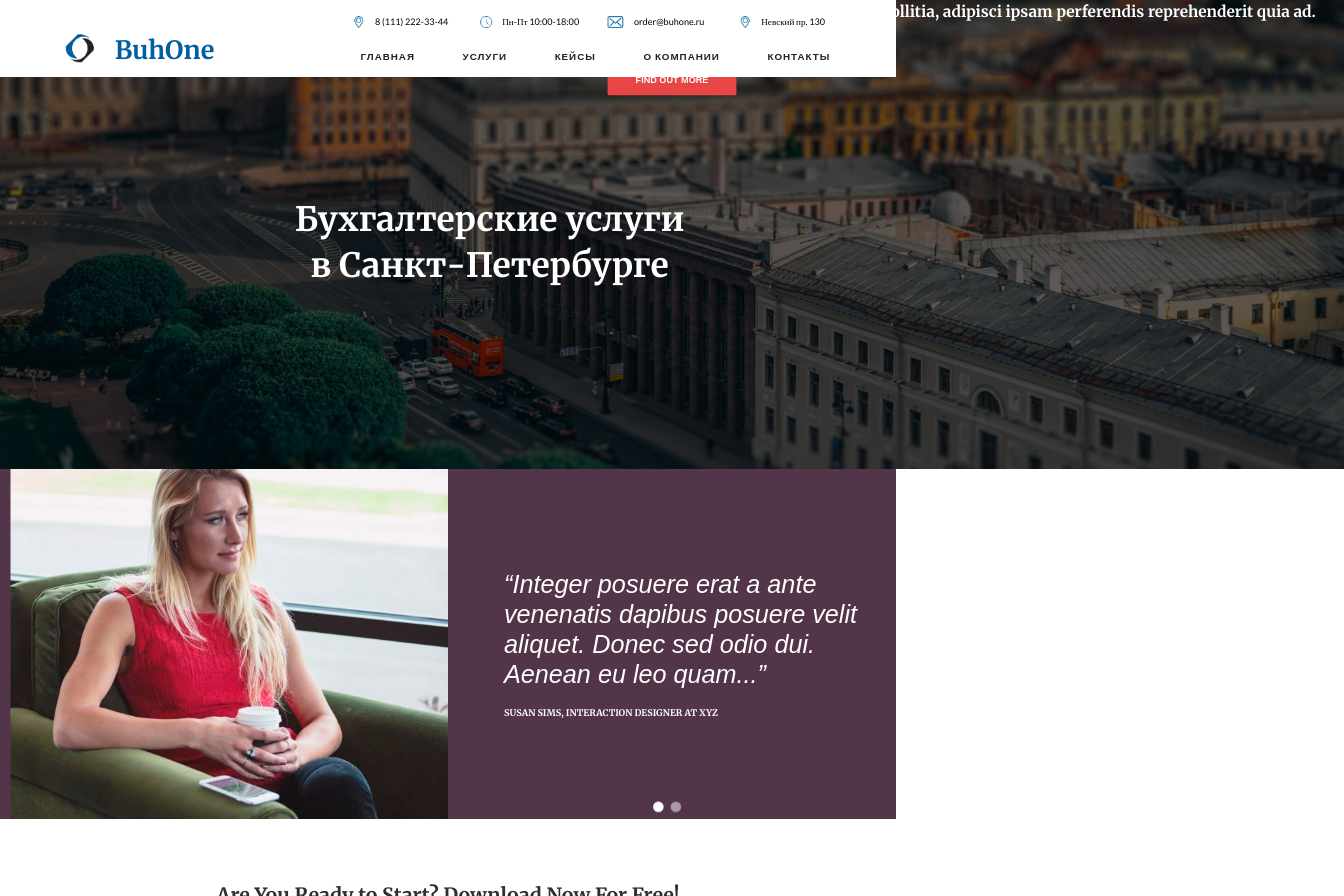
Repository: ZetsubouBilly/test
Page: index.html
These files come from the project's save history. The page is drawn as it stood at one moment and after the next save; the edit follows.
The browser window is 1280 px wide. The page is 1920 px wide, so the pictures cover 1920 px, including what lies to the right of the window. The pictures show the part of the page from y = 0 to 1280 px (the page is 1803 px tall before and 1133 px after), at 70% of full size.

Above is the page before, as saved 2023-05-13 13:30:08.

### index.html
<!DOCTYPE html>
<html lang="ru">
<head>
    <meta charset="UTF-8">
    <meta name="viewport" content="width=device-width, initial-scale=1.0, minimum-scale=1.0, maximum-scale=1.0">  <link rel="preconnect" href="https://fonts.gstatic.com">
    <link rel="preconnect" href="https://fonts.googleapis.com">
    <link rel="preconnect" href="https://fonts.gstatic.com" crossorigin>
    <link href="https://fonts.googleapis.com/css2?family=Lato:wght@300;400;700&family=Merriweather:wght@700;900&display=swap" rel="stylesheet">
    <link rel="stylesheet" type="text/css" href="https://cdn.jsdelivr.net/npm/slick-carousel@1.8.1/slick/slick.css"/>
    <link rel="stylesheet" href="css/style.css">

   <meta name="description" content="Описание страницы">
   <meta name="google" content="notranslate" />
   <meta name="keywords" content="создаие сайтов, верстка сайтов" />

    <title>BuhOne</title>

    <script src="https://cdnjs.cloudflare.com/ajax/libs/jquery/3.5.1/jquery.min.js"></script>

</head>
<body>



<!-- Header -->

 <header class="header" id="header">

            <div class="header__inner">
                <div class="header__inner_l">
                    <div class="header__logo">
                        <img src="img/logo.png" alt="">
                        <p class="header__logo_name">BuhOne</p>
                    </div>
                </div>
                <div class="header__inner_r">
                    <div class="top-line">
                        <div class="top-line_info">
                            <img class="top-line_info_img" src="img/placeholder.png" alt="">
                            <p class="top-line_info_text">8 (111) 222-33-44</p>

                        </div>
                        <div class="top-line_info">
                            <img class="top-line_info_img" src="img/time.png" alt="">
                            <p class="top-line_info_text">Пн-Пт 10:00-18:00</p>

                        </div>
                        <div class="top-line_info">
                            <img class="top-line_info_img" src="img/Frame.png" alt="">
                            <p class="top-line_info_text">order@buhone.ru</p>

                        </div>
                        <div class="top-line_info">
                            <img class="top-line_info_img" src="img/placeholder.png" alt="">
                            <p class="top-line_info_text">Невский пр. 130</p>

                        </div>

                    </div>
                    <nav class="nav" id="nav">
                        <a class="nav__link" href="#" data-scroll="#features">Главная</a>
                        <a class="nav__link" href="#" data-scroll="#works">Услуги</a>
                        <a class="nav__link" href="#" data-scroll="#team">Кейсы</a>
                        <a class="nav__link" href="#" data-scroll="#reviews">О компании</a>
                        <a class="nav__link" href="#" data-scroll="#download">Контакты</a>
                    </nav>
                </div>




                <button class="burger" type="button" id="navToggle">
                    <span class="burger__item">Menu</span>
                </button>

            </div>

 </header>


 <!-- Intro -->

<div class="intro" id="intro">
    <div class="container">
        <div class="intro__inner">
             <h1 class="intro__title">Бухгалтерские услуги в Санкт-Петербурге</h1>
             <h2 class="intro__subtitle">Lorem ipsum dolor sit amet consectetur adipisicing elit.
                 Deleniti porro sed id unde facere iusto quis repellendus mollitia, adipisci ipsam
                 perferendis reprehenderit quia ad.</h2>
                 <a class="btn  btn--red" href="">Find Out More</a>
        </div>
    </div>
</div>










<!-- Testimonials -->

<div class="reviews" id="reviews">
    <div class="container">

        <div class="reviews__slider" id="reviewsSlider">
            <div class="slick-item">
             <div class="reviews__item">
                 <div class="reviews__photo">
                     <img class="reviews__img" src="img/reviews/review-1.jpg" alt="">
                 </div>
                 <div class="reviews__content">
                        <div class="reviews__text">“Integer posuere erat a ante venenatis dapibus posuere velit aliquet. Donec sed odio dui. Aenean eu leo quam...”</div>
                       <div class="reviews__author">Susan Sims, Interaction Designer at XYZ</div>
                 </div>
                </div>
            </div>

                <div class="slick-item">
                <div class="reviews__item">
                    <div class="reviews__photo">
                        <img class="reviews__img" src="img/reviews/review-1.jpg" alt="">
                    </div>
                    <div class="reviews__content">
                           <div class="reviews__text">"Lorem ipsum dolor sit amet consectetur, adipisicing elit. Maiores, tempore velit, debitis quasi doloribus vero natus sint ratione temporibus fugiat voluptatum nesciunt modi. Adipisci aliquid voluptatem magni laborum, facilis nisi".</div>
                          <div class="reviews__author">Susan Sims, Interaction Designer at XYZ</div>
                    </div>
                   </div>
                </div>
            </div>
        </div>

    </div>
</div> <!-- /reviews -->




<!-- Download -->

<div class="download" id="download">
    <div class="container">
        <h3 class="download__title">Are You Ready to Start? Download Now For Free!</h3>
        <div class="download__text"><p>Fusce dapibus, tellus ac cursus commodo</p>
        </div>
        <a class="btn  btn--red  btn--long" href="">Download Here</a>
    </div>
</div>


<!-- Footer -->


<footer class="footer">
    <div class="container">

        <div class="footer__inner">
            <div class="footer__block">
                <h4 class="footer__title">Location</h4>
                <address class="footer__adress"><div>3481 Melrose Place</div>
                    <div>Beverly Hills, CA 90210</div>
                </address>
            </div>

            <div class="footer__block">
                <h4 class="footer__title">Share with Love</h4>
                <div class="social  social--footer">
                    <a class="social__item" href="" target="_blank">
                        <svg class="social__icon">
                            <use xlink:href="#facebook"></use>
                        </svg>
                    </a>

                    <a class="social__item" href="" target="_blank">
                        <svg class="social__icon">
                            <use xlink:href="#twitter"></use>
                        </svg>
                    </a>

                    <a class="social__item" href="" target="_blank">
                        <svg class="social__icon">
                            <use xlink:href="#linkedin"></use>
                        </svg>
                    </a>


                </div>
            </div> <!-- /footer__block__social -->

            <div class="footer__block">
                <h4 class="footer__title">About ActiveBox</h4>
                <div class="footer__text"><p>Cras justo odio, dapibus ac facilisis in, egestas eget quam. Donec ullamcorper nulla non metus auctor fringilla.</p></div>
            </div>

        </div> <!-- /footer__inner -->

    </div> <!-- /container -->

    <div class="copyright">
        <div class="container">
          <div class="copyright__text"><div>Copyright © 2015 ActiveBox. All Rights Reserved</div>
           <div>Made  <span>by Kamal Chaneman</span></div>
        </div>
    </div>
</div>
</footer>


<!-- Javascript -->
<script  src="https://cdn.jsdelivr.net/npm/slick-carousel@1.8.1/slick/slick.min.js"></script>
<script src="js/app.js"></script>


</body>
</html>

### css/style.css
body {
  margin: 0;

  font-family: "Merriweather", sans-serif;
  font-size: 14px;
  color: #6c7279;
  -webkit-font-smoothing: antialiased;

  background-color: #fff;
}

*,
*:before,
*:after {
  box-sizing: border-box; /* алгоритм подсчета размеров с учетом padding и границ. */
}

h1,
h2,
h3,
h4,
h5,
h6 {
  margin: 0;
}

p {
  margin: 0 0 10px;
}

/* Container
==================== */

.container {
  width: 100%;
  max-width: 1920px;
  margin: 0 auto;
  padding: 0 15px;
}

/* Header
==================== */

.header {
  position: absolute;
  width: 100%;
  height: 73px;
  height: 110px;
  /* left: 50%; */
  /* top: 6.52px; */
  /* margin-left: -560px; */
  background-color: #fff;
}

.header.fixed {
  height: auto;

  position: fixed; /* фиксируем шапку при скроле*/

  background-color: #fff;
}

.header.fixed .header__inner {
  padding-top: 15px;
  padding-bottom: 15px;

  border-bottom: 0;
}

.header__inner {
  display: flex;
  justify-content: space-around;
  align-items: center;
  max-width: 1116px;
  /* padding: 35px 0; */

  /* border-bottom: 1px solid #4d5066; */
  margin: 0 auto;
}
.header__inner_l{
    margin-right: 185px;
}
.header__inner_r{
    display: flex;
    flex-direction: column;
  width: 671px;

}

.header__logo {
  display: flex;
  align-items: flex-start;
  justify-content: space-between;
  max-width: 260px;
  padding-top: 33px;
}
.header__logo_name {
  font-size: 36px;
  margin-left: 30px;
  color: #005fa3;
}

/* Top-line
==================== */

.top-line {
  display: flex;
  padding:23px 0px 0px 40px;
  justify-content: center;
  margin-bottom: 22px;
  width: 671px;
}
.top-line_info {
  display: flex;
  margin-right: 40px;
}
.top-line_info_img {
  margin-right: 15px;
  max-width: 23px;
  height: 17px;
}
.top-line_info_text {
  font-family: "Lato";
  font-style: normal;
  font-weight: 400;
  font-size: 13px;
  line-height: 17px;
  width: 110px;


  color: #000000;
}

/* Nav
==================== */

.nav {
  display: flex;
  font-size: 13px;
  font-weight: 700;
  text-transform: uppercase;
  width: 671px;
  justify-content: space-between;
  margin-bottom: 31px;
}

.nav__link {
  font-family: "Lato", sans-serif;
  font-style: normal;
  font-weight: 700;
  font-size: 14px;
  line-height: 17px;


  letter-spacing: 0.1em;
  text-transform: uppercase;



  color: #222222;
  text-decoration: none;
}
.nav__link:first-child {
  margin-left: 0;
}

.nav__link:hover {
  opacity: 1;
}

/* Intro
==================== */

.intro {
    /* position: relative; */
    width: 1920px;
    height: 670px;
    /* left: 0px;
    top: 110px; */


  /* background-size: cover; */
  background: linear-gradient(0deg, rgba(0, 0, 0, 0.6), rgba(0, 0, 0, 0.6)),   url("../img/Rectangle.png")  no-repeat;

}

.intro__inner {
  width: 100%;
  max-width: 1920px;
  margin: 0 auto;
  text-align: center;
}

.intro__title {
    position: absolute;
    width: 589px;
    height: 117px;
    left: 405px;
    top: 280px;

    /* h1 */

    font-family: 'Merriweather';
    font-style: normal;
    font-weight: 700;
    font-size: 48px;
    line-height: 66px;

    color: #FFFFFF;
}

.intro__subtitle {
  margin-bottom: 60px;
  font-size: 22px;
  color: #fff;
  line-height: 1.5;
  font-weight: 400;
}

/* Button
==================== */

.btn {
  display: inline-block;
  vertical-align: top;
  padding: 14px 40px;

  border-radius: 2px;
  border: 0;
  cursor: pointer;

  font-family: "Raleway", sans-serif;
  font-size: 13px;
  color: #fff;
  font-weight: 600;
  text-transform: uppercase;
  text-decoration: none;
  text-align: center;

  transition: background 0.1s linear;
}

.btn--red {
  background-color: #e84545;
}

.btn--red:hover {
  background-color: #dd3434;
}

.btn--long {
  min-width: 280px;
}

/* Features
==================== */

.features {
  display: flex;
  flex-wrap: wrap;
  margin: 95px 0;
}

.features__item {
  width: 33.33333%;
  padding: 0 40px;
  text-align: center;
  margin: 25px 0;
}

.features__icon {
  margin-bottom: 25px;
}

.features__title {
  margin-bottom: 20px;
  font-size: 14px;

  color: #2d3033;
  font-weight: 700;
  text-transform: uppercase;
}

.features__text {
  font-size: 14px;
  line-height: 1.5;
  color: #6c7279;
}

/* Works
===================*/

.works {
  display: flex;
  flex-wrap: wrap;
}

.works__item {
  width: 25%;
  height: 350px;
  border-bottom: 1px solid #fff;
  border-right: 1px solid #fff;

  position: relative;
  overflow: hidden;
}
.works__item:hover .works__content {
  opacity: 1;
}

.works__photo {
  min-width: 100%;
  position: absolute;
  top: 50%;
  left: 50%;
  z-index: 1;

  transform: translate3d(-50%, -50%, 0);
}

.works__content {
  display: flex;
  flex-direction: column;
  justify-content: center;
  width: 100%;
  height: 100%;
  opacity: 0;

  text-align: center;

  background-color: rgba(232, 69, 69, 0.9);

  position: absolute;
  top: 0;
  left: 0;
  z-index: 2;
  transition: opacity 0.2s linear;
}

.works__title {
  margin-bottom: 5px;

  font-size: 14px;
  font-weight: 700;
  color: #fff;
  text-transform: uppercase;
}

.works__text {
  font-size: 14px;
  color: #fff;
}

/* Team
==================*/

.team {
  margin: 100px 0;
}

.team__inner {
  display: flex;
  flex-wrap: wrap;
  margin: 0 -15px;
}

.team__item {
  width: 25%;
  padding: 0 15px;
  margin-bottom: 30px;
}

.team__photo {
  display: block;
  min-width: 100%;
  height: auto;
  margin-bottom: 20px;
}

.team__name {
  margin-bottom: 8px;

  font-size: 25px;
  color: #2d3033;
}

.team__prof {
  margin-bottom: 15px;

  font-size: 13px;
  color: #e84545;
  text-transform: uppercase;
}

.team__text {
  margin-bottom: 20px;

  font-size: 14px;
  line-height: 1.5;
  color: #6c7279;
}

/* Social
==================*/

.social {
  display: flex;
}

.social--footer {
  justify-content: center;
}

.social__item {
  display: flex;
  justify-content: center;
  align-items: center;
  width: 40px;
  height: 40px;
  margin-right: 4px;

  background-color: #fff;
  border: 1px solid #e8ecee;

  transition: background 0.1s linear;
}
.social__item:hover {
  background-color: #e8ecee;
}

.social__item:hover .social__icon {
  fill: #000;
}

.social--footer .social__item {
  background-color: transparent;
  border-width: 2px;
  border-color: #fff;
  border-radius: 2px;
}

.social--footer .social__item:hover {
  background-color: #fff;
}

.social__icon {
  display: block;
  height: 18px;
  fill: #c6cacc;

  transition: fill 0.1s linear;
}

.social--footer .social__icon {
  fill: #fff;
}

/* reviews
==================*/

.reviews {
  overflow: hidden;
  background-color: #53354a;
}

.reviews__slider {
  height: 500px;
  overflow: hidden;
}

.reviews__slider.slick-initialized {
  height: auto;
}

.reviews__item {
  display: flex;
  flex-wrap: wrap;
  overflow: hidden;
}

.reviews__photo {
  width: 50%;
  height: 500px;
  position: relative;
}

.reviews__img {
  position: absolute;
  top: 50%;
  right: 0;
  z-index: 1;

  transform: translateY(-50%);
}

.reviews__content {
  display: flex;
  flex-direction: column;
  justify-content: center;
  width: 50%;
  padding-left: 80px;
}

.reviews__text {
  margin-bottom: 25px;

  font-family: "Cardo", sans-serif;
  font-style: italic;
  font-size: 36px;
  line-height: 1.2;
  color: #fff;
}

.reviews__author {
  font-size: 13px;
  font-weight: 700;
  text-transform: uppercase;
  color: #fff;
}

.slick-dots {
  display: flex;
  justify-content: center;
  margin: 0;
  padding: 0 0 10px;
  list-style: none;
  width: 50%;

  position: absolute;
  bottom: 0;
  right: 0;
  z-index: 2;
}
.slick-dots li {
  margin: 0 5px;
}

.slick-dots button {
  width: 15px;
  height: 15px;
  padding: 0;

  background: #fff;
  border-radius: 50%;
  border: 0;
  opacity: 0.5;
  cursor: pointer;

  font-size: 0;
  color: transparent;
}

.slick-dots button:focus {
  outline: 0;
}

.slick-dots .slick-active button {
  opacity: 1;
}

/* Download
==================*/

.download {
  margin: 90px 0;

  text-align: center;
}

.download__title {
  margin-bottom: 10px;

  font-size: 28px;
  color: #2d3033;
  font-weight: 300;
}

.download__text {
  margin-bottom: 30px;

  font-size: 13px;
  color: #2d3033;
  font-weight: 700;

  text-transform: uppercase;
}

/* Features
==================== */

.footer {
  background-color: #3a3e64;
}

.footer__inner {
  padding: 70px 0;

  display: flex;
  flex-wrap: wrap;
}

.footer__block {
  width: 33.33333%;
  padding: 0 15px;

  text-align: center;
}

.footer__title {
  margin-bottom: 10px;

  font-size: 14px;
  font-weight: 700;
  color: #fff;
  text-transform: uppercase;
}

.footer__adress {
  font-size: 14px;
  line-height: 1.5;
  font-style: normal;
  color: rgba(255, 255, 255, 0.5);
}

.footer__text {
  font-size: 14px;
  line-height: 1.5;
  color: rgba(255, 255, 255, 0.5);
}

/* copyright
==================== */
.copyright {
  padding: 20px 0;
  background-color: #313454;
}

.copyright__text {
  text-align: center;
  font-size: 14px;
  color: #808080;
}

.copyright__text span {
  color: #fff;
}

/* Burger
==================== */
.burger {
  display: none;
  padding: 9px 2px;

  background: none;
  border: 0;
  cursor: pointer;
}

.burger__item {
  display: block;
  width: 30px;
  height: 3px;

  background-color: #fff;

  font-size: 0;
  color: transparent;

  position: relative;
}

.burger__item:before,
.burger__item:after {
  content: "";
  width: 100%;
  height: 100%;

  background-color: #fff;

  position: absolute;
  left: 0;
  z-index: 1;
}

.burger__item:before {
  top: -8px;
}

.burger__item:after {
  bottom: -8px;
}

/* Media
==================== */
@media (max-width: 1300px) {
  /* Works */
  .works__item {
    width: 50%;
  }
}

@media (max-width: 991px) {
  /* Nav  скрываем кнопки навигации при смене размера девайса*/
  .nav {
    display: none;
    flex-direction: column;
    background-color: #31344e;

    width: 100%;
    text-align: right;

    position: absolute;
    top: 100%;
    right: 0;
  }

  .nav.show {
    display: flex;
  }

  .nav__link {
    padding: 9px 15px;
  }

  /* Burger */
  .burger {
    display: block;
  }

  /* intro  меняем размер title под размер девайса*/
  .intro__title {
    font-size: 40px;
  }

  /* Features */
  .features__item {
    width: 50%;
  }

  /* Team */
  .team__item {
    width: 50%;

    text-align: center;
  }

  .team__photo {
    margin-left: auto;
    margin-right: auto;
  }

  /* Team */
  .social {
    justify-content: center;
  }

  /*Reviews */
  .reviews__photo {
    width: 100%;
    margin: 15px 0 40px;
    overflow: hidden;
  }

  .reviews__content {
    width: 100%;
    padding-left: 0;
    padding-bottom: 40px;
  }
}

@media (max-width: 767px) {
  .intro {
    height: auto;
    padding-top: 130px;
    padding-bottom: 30px;
  }

  .intro__title {
    font-size: 30px;
  }

  .intro__subtitle {
    margin-bottom: 30px;

    font-size: 16px;
  }

  /* Features */
  .features {
    margin: 40px 0;
  }

  .features__item {
    width: 100%;
    padding-left: 0;
    padding-right: 0;
  }

  /* Works */
  .works__item {
    width: 100%;
    height: 300px;
  }

  /* Team */
  .team {
    margin: 60px 0 30px;
  }
  .team__item {
    width: 100%;
  }

  /* Reviews */
  .reviews__text {
    font-size: 25px;
  }

  /* Btn */
  .btn--long {
    min-width: 260px;
  }

  /* Download */
  .download {
    margin: 50px 0;
  }

  .download__title {
    font-size: 24px;
  }

  /* Footer */
  .footer__inner {
    padding: 30px 0;
  }
  .footer__block {
    width: 100%;
    padding-left: 0;
    padding-right: 0;
    margin-bottom: 30px;
  }
  .footer__block:last-child {
    margin-bottom: 0;
  }
}

@media (max-width: 414px) {
  /*Reviews */
  .reviews__img {
    right: -100px;
  }
}

Loaded but not shown: js/app.js (82 lines, source omitted)

After the next save:
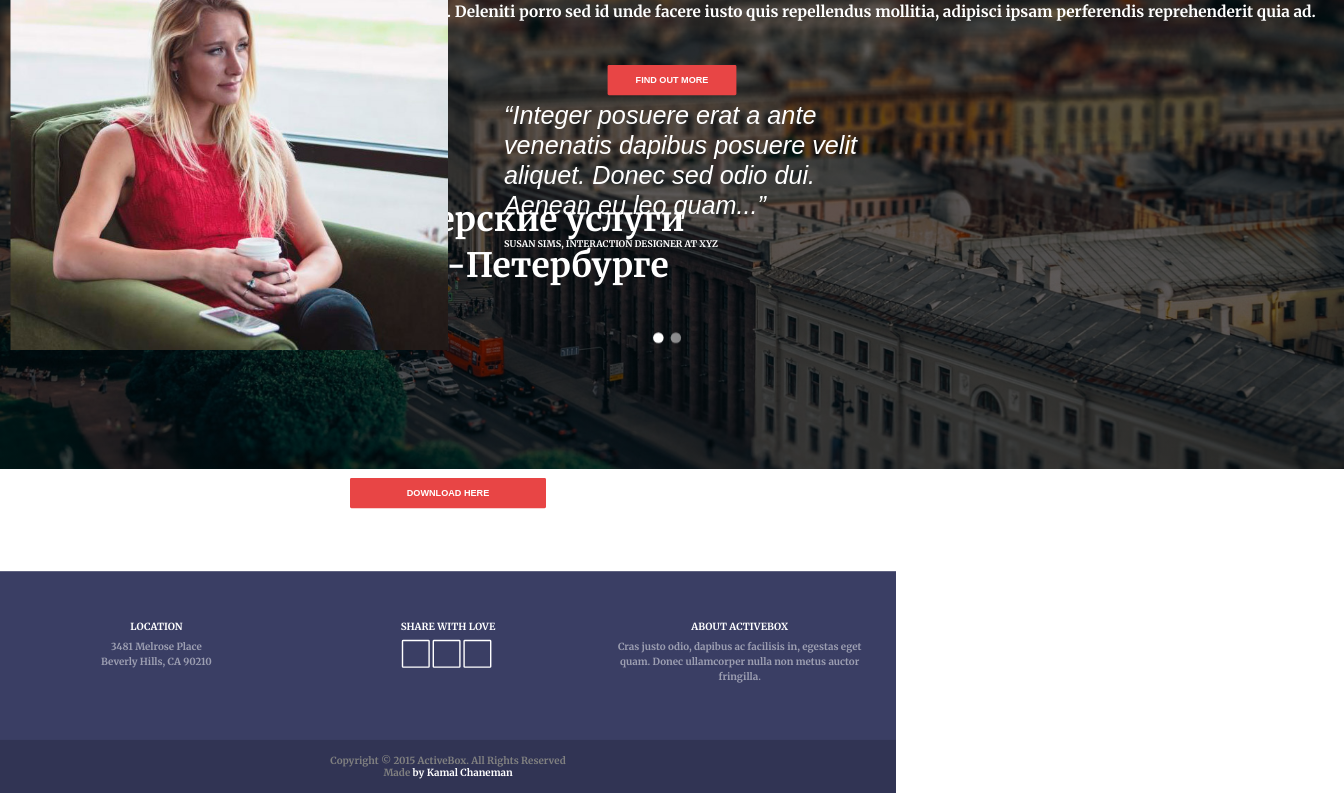
Saved 18 s later.
--- a/css/style.css
+++ b/css/style.css
@@ -172,7 +172,7 @@
 ==================== */
 
 .intro {
-    /* position: relative; */
+    position: absolute;
     width: 1920px;
     height: 670px;
     /* left: 0px;

After the 2 saves that followed:
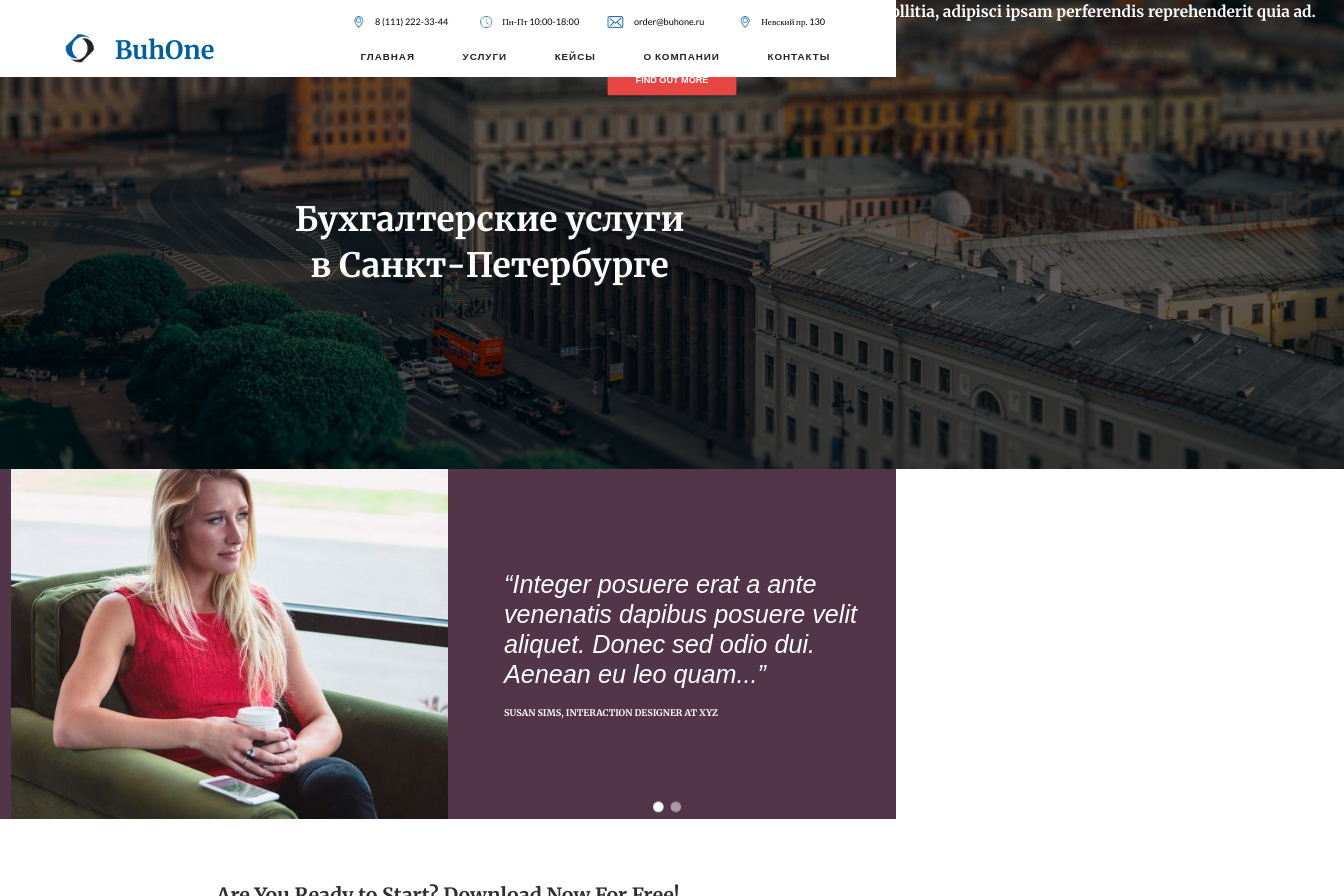
The 2 saves are shown as one change because they came seconds apart.
The last was saved 8 s later.
--- a/css/style.css
+++ b/css/style.css
@@ -172,7 +172,7 @@
 ==================== */
 
 .intro {
-    position: absolute;
+    /* position: absolute; */
     width: 1920px;
     height: 670px;
     /* left: 0px;
@@ -192,21 +192,21 @@
 }
 
 .intro__title {
-    position: absolute;
-    width: 589px;
-    height: 117px;
-    left: 405px;
-    top: 280px;
-
-    /* h1 */
-
-    font-family: 'Merriweather';
-    font-style: normal;
-    font-weight: 700;
-    font-size: 48px;
-    line-height: 66px;
-
-    color: #FFFFFF;
+ position: absolute;
+width: 589px;
+height: 117px;
+left: 405px;
+top: 280px;
+
+/* h1 */
+
+font-family: 'Merriweather';
+font-style: normal;
+font-weight: 700;
+font-size: 48px;
+line-height: 66px;
+
+color: #FFFFFF;
 }
 
 .intro__subtitle {
